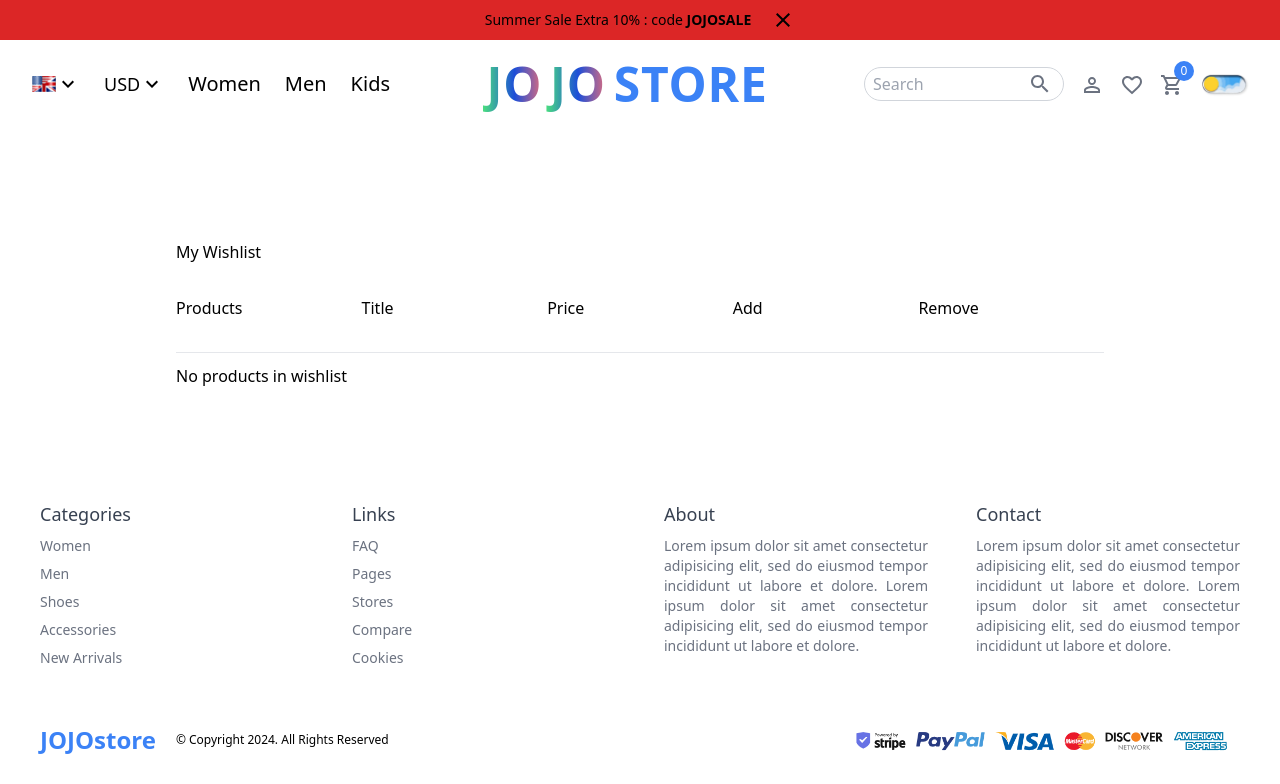
Repository: AiTrinh303/JOJO-STORE
Page: /wishlists
The author's editor kept a copy of each file at every save. The page is drawn from the files as they stood at one save, then again after the next save.
The browser window is 1280 px wide. The pictures show the whole page.
The project was rebuilt for these pictures with package versions that can differ from the ones it lists, and the page was loaded fresh each time. Also part of the build but not shown: vite.config.js, src/components/Cart.jsx, src/components/Form.jsx, src/components/Slider/Slide1.jsx, src/components/Slider/Slide2.jsx, src/components/Slider/Slide3.jsx, src/components/Slider/Slider.scss, src/components/Slider/Slider.jsx and 23 more.

Above is the page before, as saved 2024-06-14 09:50:49.

After the next save:
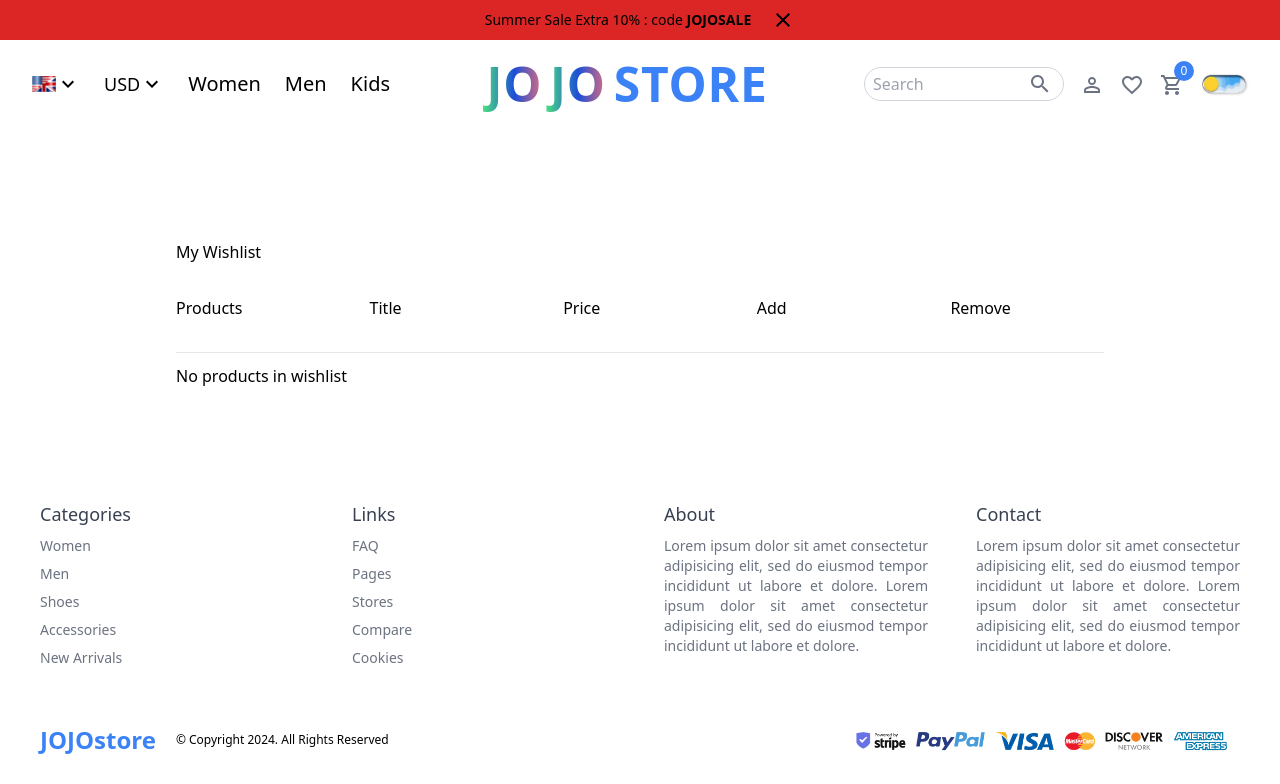
Saved 16 s later.
--- a/src/pages/Wishlists.jsx
+++ b/src/pages/Wishlists.jsx
@@ -9,7 +9,7 @@ const Wishlists = () => {
   return (
     <div className="mx-44 my-28">
       <h1>My Wishlist</h1>
-      <div className="flex justify-start my-8 font-medium">
+      <div className="flex justify-start my-8 font-medium gap-10">
                 <p className="flex-1">Products</p>
                 <p className="flex-1">Title</p>
                 <p className="flex-1">Price</p>
